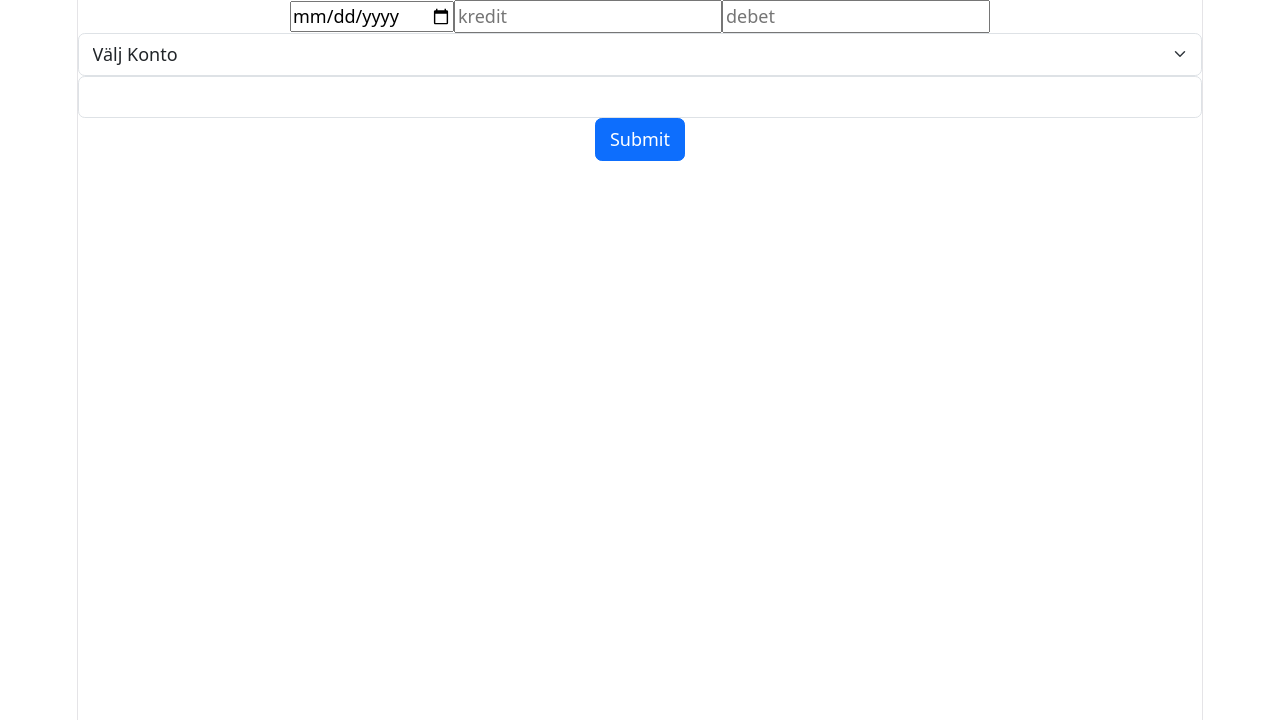
Repository: supply24/kidsaccount
Page: /action
An editor plug-in stored every save of this project. The page is shown before and after the next save, followed by the edit.
The browser window is 1280 px wide. The pictures show the whole page.
The page's requests for data from a server got no answer. The project was rebuilt for these pictures with package versions that can differ from the ones it lists, and the page was loaded fresh each time. No one was signed in, and anything a server would have sent is missing. Also part of the build but not shown: vite.config.js, src/App.css, src/App.jsx, src/Homing.jsx.

Above is the page before, as saved 2026-07-27 17:41:52.

After the next save:
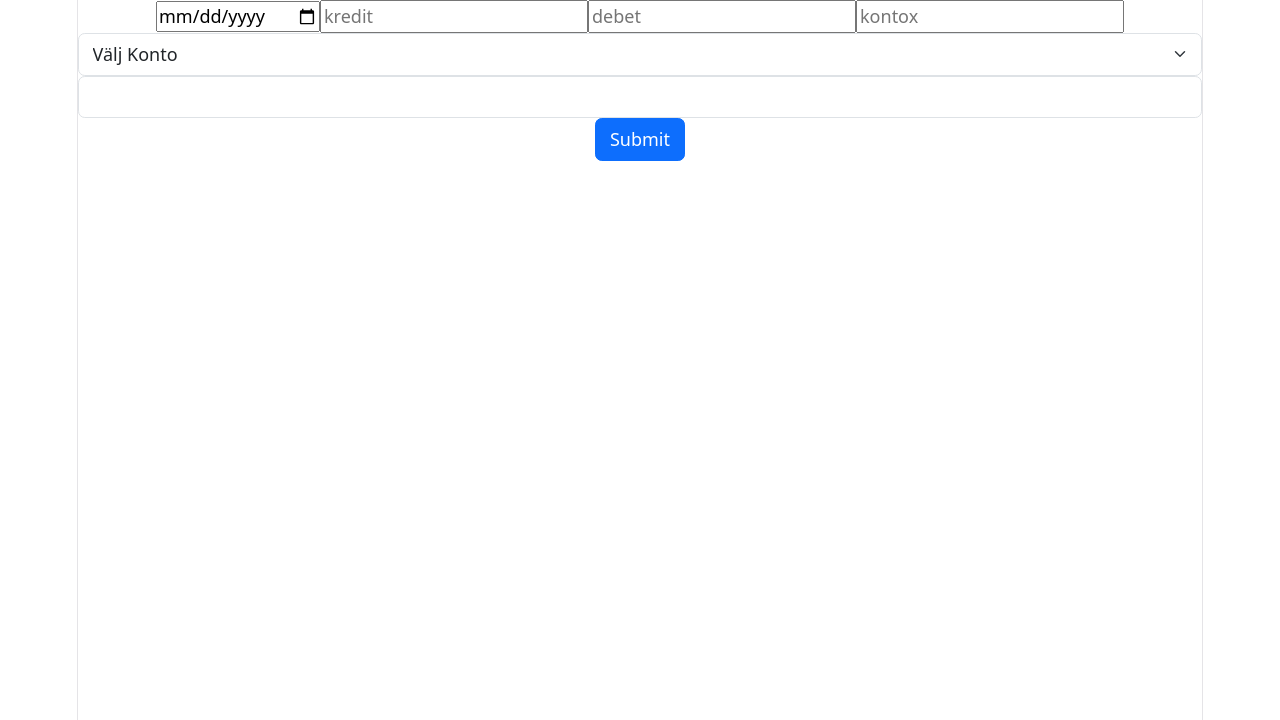
Saved 2 min 30 s later.
--- a/src/Actions.jsx
+++ b/src/Actions.jsx
@@ -10,6 +10,7 @@ const Actions = () => {
   const [datetime, setDatetime]=useState("")
   const [kredit, setKredit]=useState("")
   const [debet, setDebet]=useState("")
+  const [kontox, setKontox]=useState("")
 
   const handleNumbers =(e)=>{
     setNumbers(e.target.value)
@@ -24,6 +25,10 @@ const Actions = () => {
       }
       const handleDebet = (e)=>{
         setDebet(e.target.value)
+      }
+
+      const handleKontox = (e)=>{
+        setKontox(e.target.value)
       }
 
       const payload= [{
@@ -45,7 +50,7 @@ const Actions = () => {
 <input type="date" value={datetime} onChange={handleDatetime} />
 <input type="text" value={kredit} onChange={handleKredit} placeholder='kredit'/>
 <input type="text" value={debet} onChange={handleDebet} placeholder='debet'/>
-
+<input type="text" value={kontox} onChange={handleKontox} placeholder='kontox'/>
 
 
         <Form.Group>
